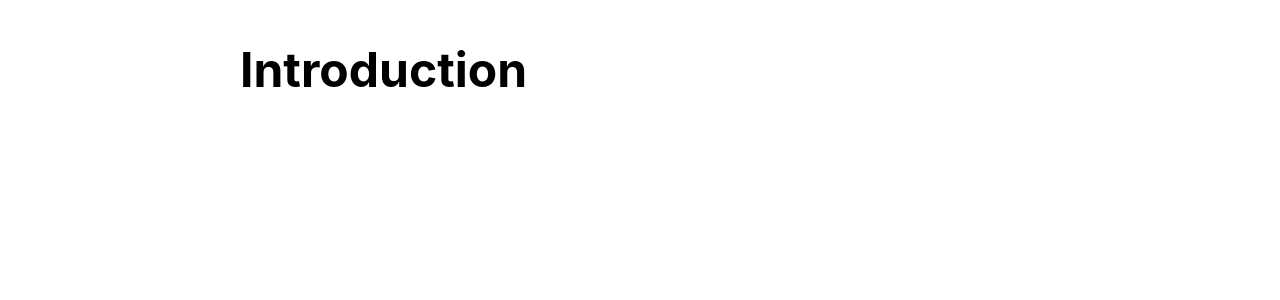
Repository: baodien1405/react-with-typescript
Page: /
The author's editor kept a copy of each file at every save. The page is drawn from the files as they stood at one save, then again after the next save.
The browser window is 1280 px wide. The pictures show the whole page.
The project was rebuilt for these pictures with package versions that can differ from the ones it lists, and the page was loaded fresh each time.

Above is the page before, as saved 2021-06-08 13:34:25.

After the next save:
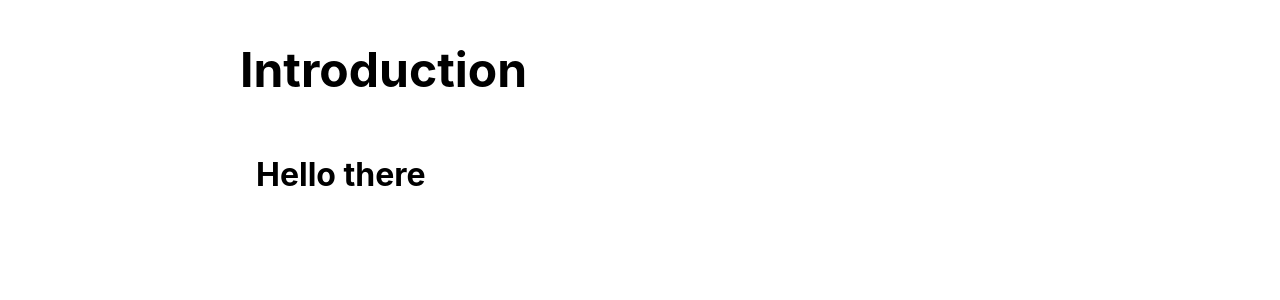
Saved 17 s later.
--- a/src/App.tsx
+++ b/src/App.tsx
@@ -13,6 +13,7 @@ function App() {
   return (
     <div className="App">
      <Heading title="Introduction" />
+     <Box>Hello there</Box>
     </div>
   );
 }
